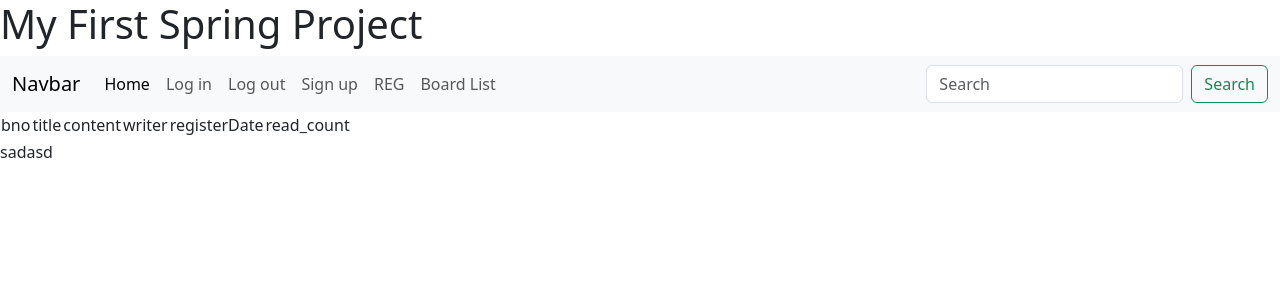
Repository: dfhdfhdfsza/springtest
Page: http://localhost/spring-Test/WEB-INF/views/board/detail.jsp
These files come from the project's save history. The page is drawn as it stood at one moment and after the next save; the edit follows.
The browser window is 1280 px wide. The pictures show the whole page.
The page is served by Tomcat 9. Nobody is signed in. The template is opened directly, without the code that normally fills it, so the values that code supplies are empty.

Above is the page before, as saved 2023-10-05 09:18:48.

After the next save:
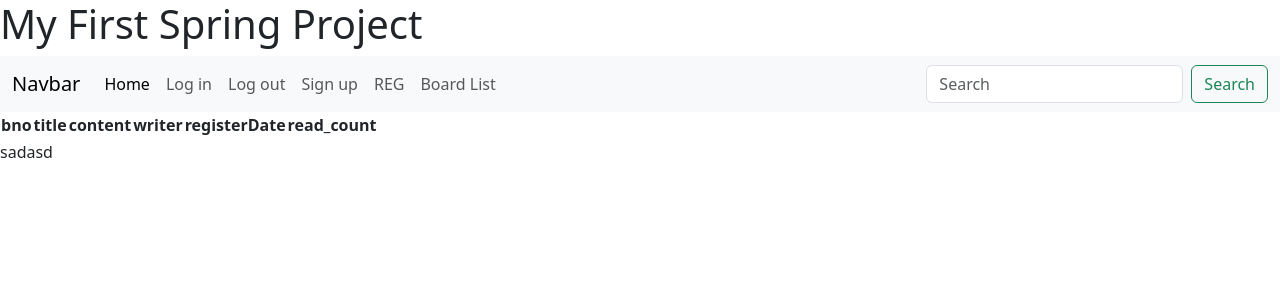
Saved 40 s later.
--- a/spring-Test/src/main/webapp/WEB-INF/views/board/detail.jsp
+++ b/spring-Test/src/main/webapp/WEB-INF/views/board/detail.jsp
@@ -11,12 +11,12 @@
 	<table>
 		<thead>
 			<tr>
-				<td>bno</td>
-				<td>title</td>
-				<td>content</td>
-				<td>writer</td>
-				<td>registerDate</td>
-				<td>read_count</td>
+				<th>bno</th>
+				<th>title</th>
+				<th>content</th>
+				<th>writer</th>
+				<th>registerDate</th>
+				<th>read_count</th>
 			</tr>
 		</thead>
 		<tbody>
